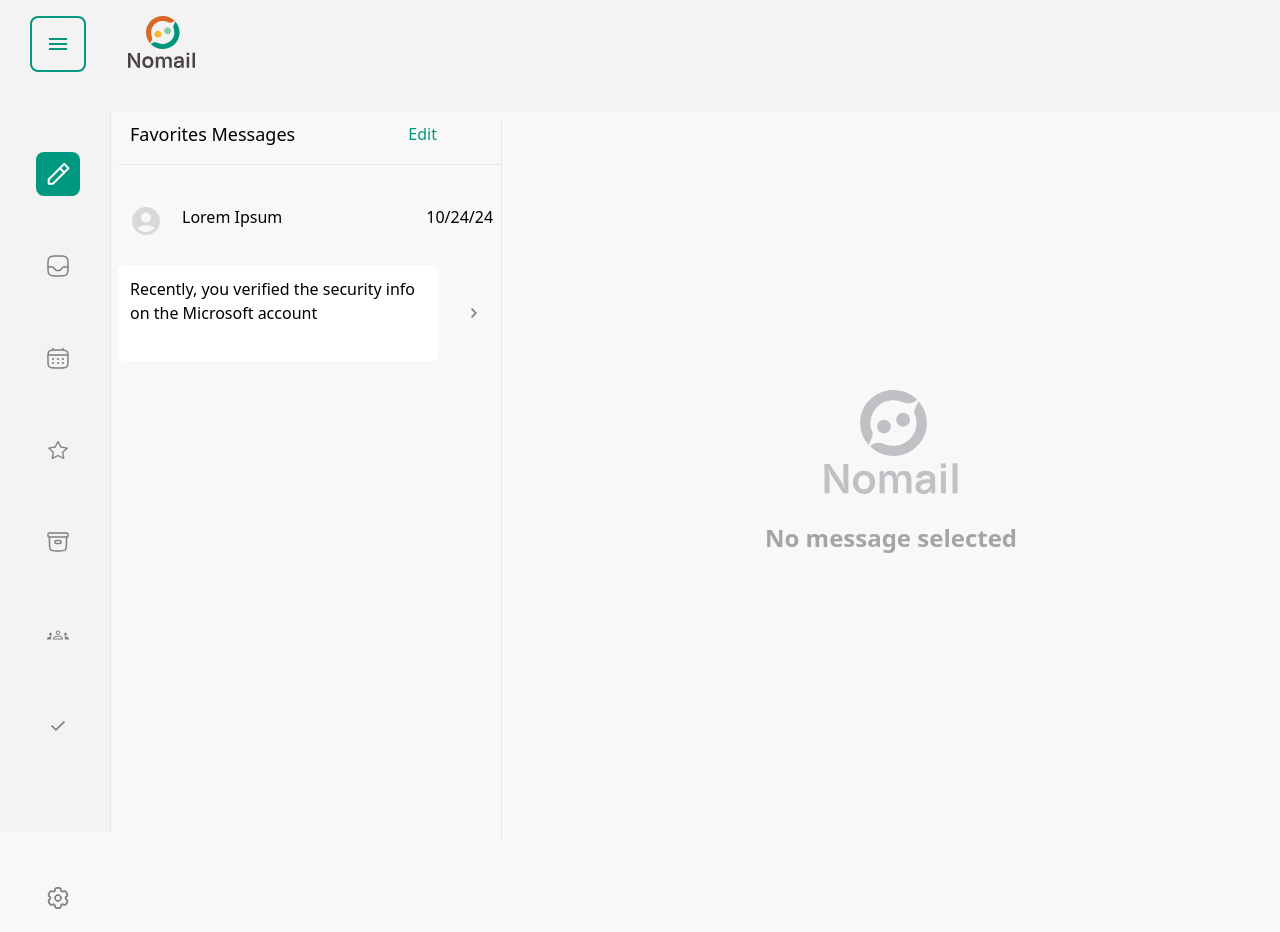
Repository: Tofigkh1/Nomail-Project
Page: /archive (app in client/)
These files come from the project's save history. The page is drawn as it stood at one moment and after a run of saves; the edit follows.
The browser window is 1280 px wide. The pictures show the whole page.
The project was rebuilt for these pictures with package versions that can differ from the ones it lists, and the page was loaded fresh each time. The framework's server and built-in components were replaced by stand-ins that run in the browser. Also part of the build but not shown: client/next.config.mjs, client/components/shared/svg/calendarActiveSvg.jsx, client/components/shared/svg/FavoritesActiveSvg.jsx.

Above is the page before, as saved 2024-10-30 04:53:28.

After the next 4 saves:
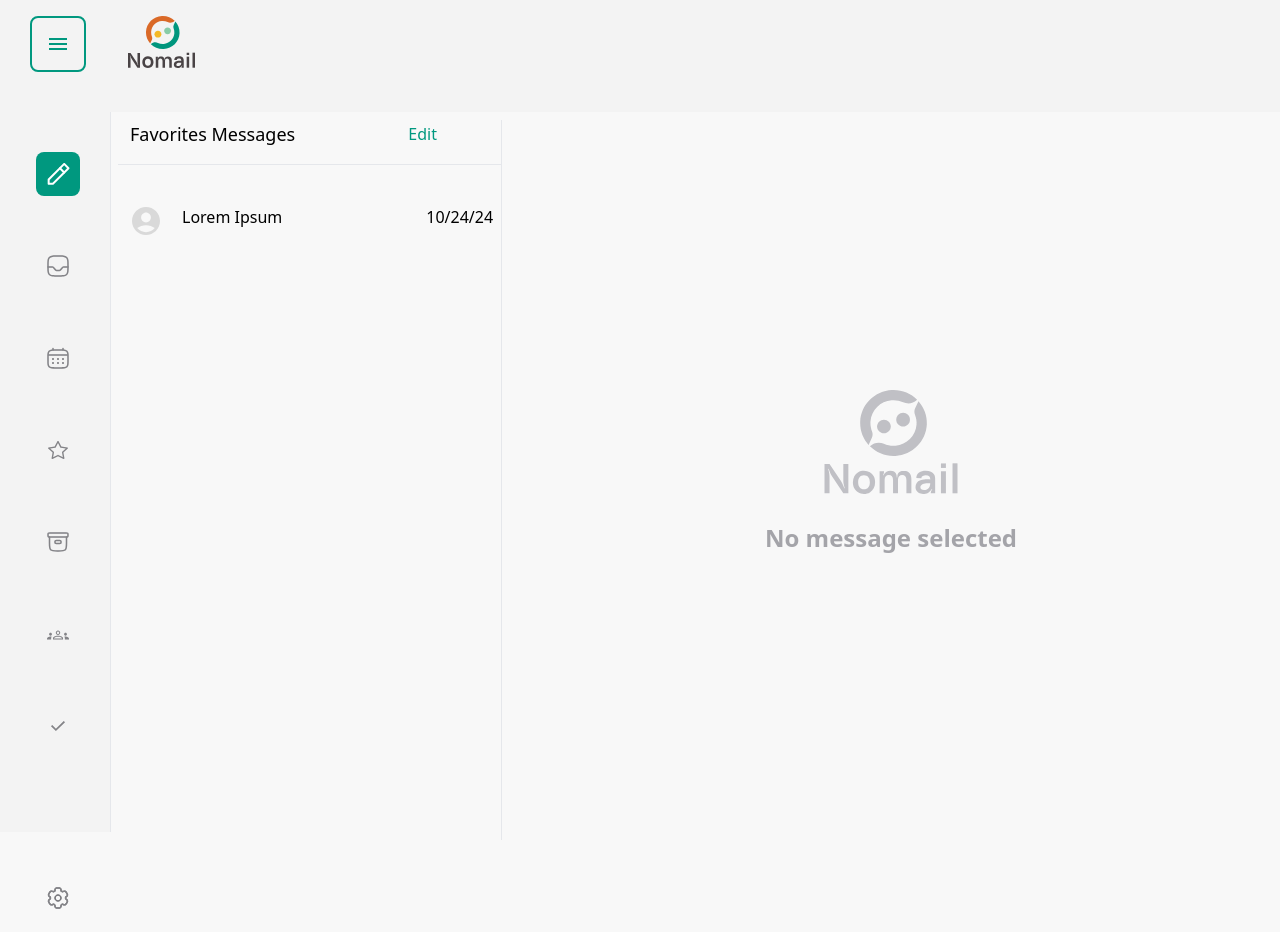
The 4 saves are shown as one change because they came seconds apart.
The last was saved 17 s later.
--- a/client/app/archive/page.tsx
+++ b/client/app/archive/page.tsx
@@ -16,6 +16,7 @@ import SettingSvg from "../../components/shared/svg/settingSvg";
 import FavoritesActiveSvg from "../../components/shared/svg/FavoritesActiveSvg";
 import FavoritesMessage from '@/components/shared/client/FavoritesMessage';
 import Header from '@/components/shared/client/Header/header';
+import ArchiveMessage from '@/components/shared/client/archiveMessage';
 
 
 export default function ArchivePage() {
@@ -92,7 +93,7 @@ export default function ArchivePage() {
 
                           {/* MainFrameMessage Section */}
       <div style={{ marginLeft: "73px" }} className="">
-                        <FavoritesMessage />
+                        <ArchiveMessage />
 
                     </div>
 
